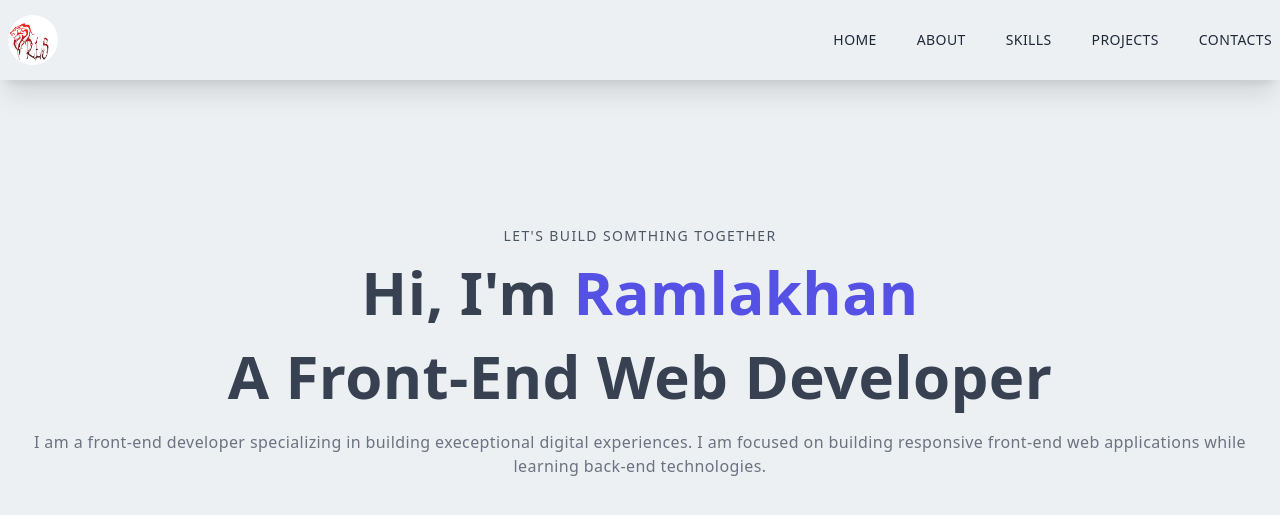
Repository: ram2642/portfolio-using-next-js
Page: /
An editor plug-in stored every save of this project. The page is shown before and after a run of saves, followed by the edit.
The browser window is 1280 px wide. The pictures show the whole page.
The project was rebuilt for these pictures with package versions that can differ from the ones it lists, and the page was loaded fresh each time. The framework's server and built-in components were replaced by stand-ins that run in the browser. Also part of the build but not shown: next.config.js.

Above is the page before, as saved 2022-09-04 01:56:52.

After the next 6 saves:
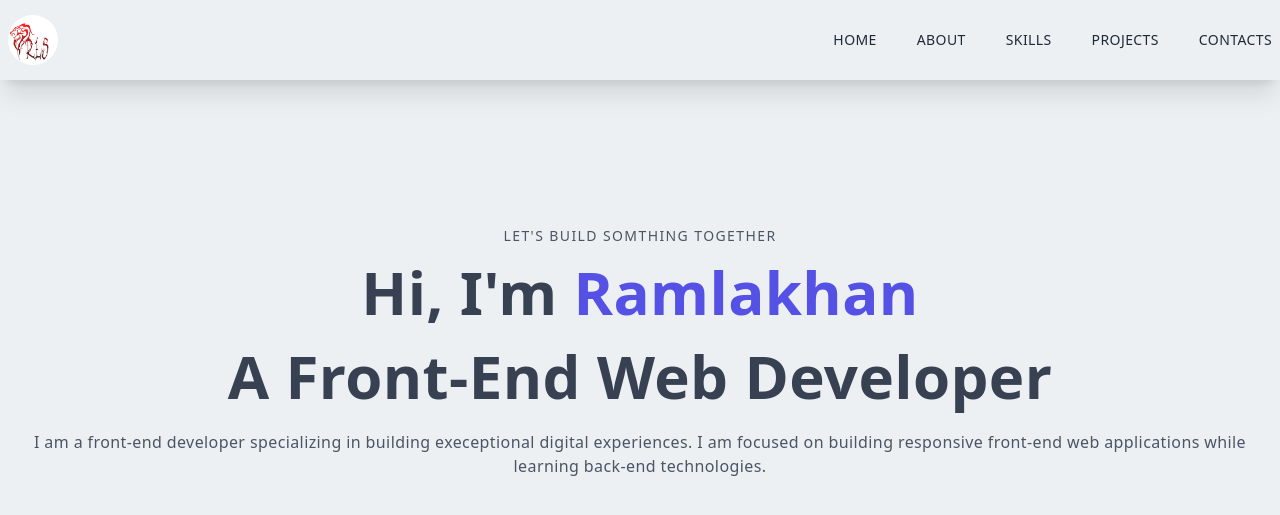
The 6 saves are shown as one change because they came seconds apart.
The last was saved 26 s later.
--- a/components/Main.jsx
+++ b/components/Main.jsx
@@ -12,7 +12,7 @@ const Main = () => {
       <h1 className='py-2 text-gray-700'>
         A Front-End Web Developer
       </h1>
-      <p className='text-gray-500 py-4'>
+      <p className='text-gray-600 py-4 max-w[&'>
         I am a front-end developer specializing in building execeptional digital experiences. I am focused on building responsive front-end web applications while learning back-end technologies.
       </p>
     </div>
